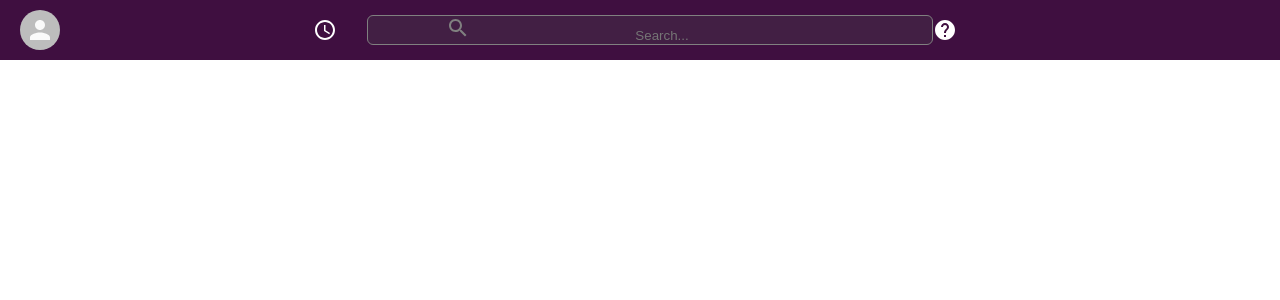
Repository: KrzysKolo/slackClone
Page: /
These files come from the project's save history. The page is drawn as it stood at one moment and after the next save; the edit follows.
The browser window is 1280 px wide. The pictures show the whole page.
The project was rebuilt for these pictures with package versions that can differ from the ones it lists, and the page was loaded fresh each time. Also part of the build but not shown: src/App.css.

Above is the page before, as saved 2021-12-22 17:59:20.

### src/index.css
* {
  margin: 0;
  padding: 0;
  box-sizing: border-box;
}
body {
  --slack-color: #3f0f40;
  overflow: hidden;

  margin: 0;
  font-family: -apple-system, BlinkMacSystemFont, 'Segoe UI', 'Roboto', 'Oxygen',
    'Ubuntu', 'Cantarell', 'Fira Sans', 'Droid Sans', 'Helvetica Neue',
    sans-serif;
  -webkit-font-smoothing: antialiased;
  -moz-osx-font-smoothing: grayscale;
}

code {
  font-family: source-code-pro, Menlo, Monaco, Consolas, 'Courier New',
    monospace;
}

### src/App.js
import './App.css';
import {BrowserRouter as Router, Routes, Route, Link } from 'react-router-dom';
import { About } from './pages'
import { Header } from './components';

function App() {
  return (
    <Router>
      <>
        <Header />
        <Routes>
          <Route path='/' exact element={<About />} />
        </Routes>
      </>
    </Router>
  );
}

export default App;

### src/pages/About/About.js
import React from 'react';
//ICONS
//import SendIcon from '@mui/icons-material/Send';


const about = () => {
  return (
    <section>
      About
    </section>
  )
}

export default about;

### src/components/Header/Header.js
import React from 'react';
import { HeaderContainer, HeaderLeft, HeaderAvatar, HeaderSearch, HeaderRight } from './style';
import AccessTimeIcon from '@material-ui/icons/AccessTime';
import SearchIcon from '@material-ui/icons/Search';
import HelpIcon from '@material-ui/icons/Help';


const Header = () => {
  return (
    <HeaderContainer>
      {/*  Header Left */}
      <HeaderLeft>
        <HeaderAvatar

         />
         <AccessTimeIcon />
      </HeaderLeft>
      {/*  Header Search */}
      <HeaderSearch>
        <SearchIcon />
        <input placeholder='Search...' />
      </HeaderSearch>
      {/*  Header Right */}
      <HeaderRight>
        <HelpIcon />
      </HeaderRight>
    </HeaderContainer>
  )
}

export default Header;

### src/components/Header/style.js
import styled from 'styled-components';
import { Avatar } from '@material-ui/core';

export const HeaderContainer = styled.header`
  display: flex;
  position: fixed;
  width: 100%;
  align-items: center;
  justify-content: space-between;
  padding: 10px 0;
  background-color: var(--slack-color);
  color: white;
`;
export const HeaderLeft = styled.div`
  flex: 0.3;
  display: flex;
  align-items: center;
  margin-left: 20px;
  > .MuiSvgIcon-root {
    margin-left: auto;
    margin-right: 30px;
  }
`;

export const HeaderAvatar = styled(Avatar)`
  cursor: pointer;

  :hover {
    opacity: 0.8;
  }
`;

export const HeaderSearch = styled.div`
  flex: 0.4;
  opacity: 1;
  border-radius: 6px;
  background-color: #421f44;
  text-align: center;
  padding: 0 50px;
  color: gray;
  border: 1px gray solid;
  > input {
    background-color: transparent;
    border: none;
    text-align: center;
    min-width: 30vw;
    outline: 0;
    color: white;

  }
`;
export const HeaderRight = styled.div`
  flex: 0.3;
  display: flex;
  align-items: flex-end;
`;

Loaded but not shown: public/index.html (common file); src/index.js (common file); src/pages/index.js (common file); src/components/index.js (common file); src/pages/About/index.js (common file); src/components/Header/index.js (common file)

After the next save:
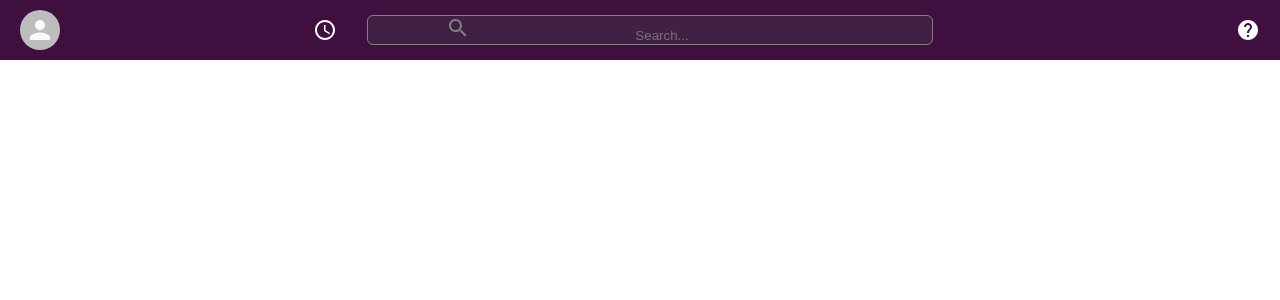
Saved 2 min 17 s later.
--- a/src/components/Header/style.js
+++ b/src/components/Header/style.js
@@ -53,4 +53,8 @@ export const HeaderRight = styled.div`
   flex: 0.3;
   display: flex;
   align-items: flex-end;
+  > .MuiSvgIcon-root {
+    margin-left: auto;
+    margin-right: 20px;
+  }
 `;
